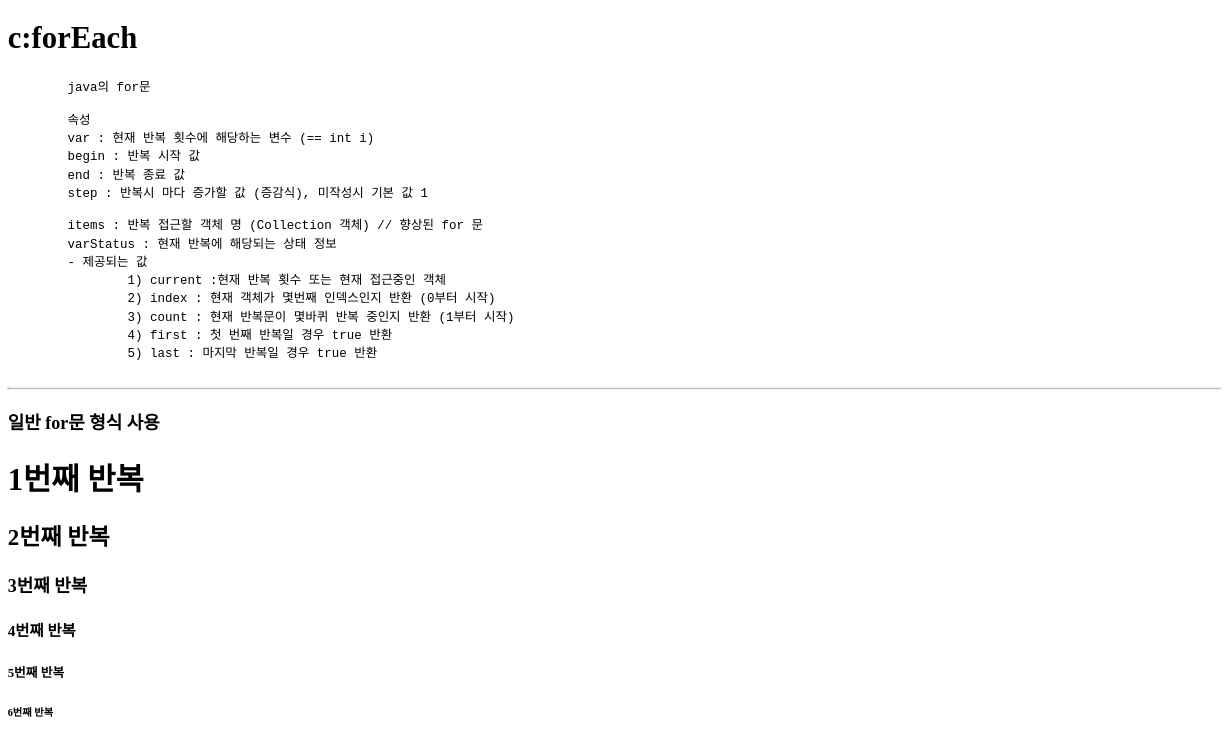
Repository: Seenee-Shin/servlet-jsp
Page: http://localhost/JSPProject/06_JSTL_2.jsp
An editor plug-in stored every save of this project. The page is shown before and after the next save, followed by the edit.
The browser window is 1280 px wide. The pictures show the whole page, at 96% of full size.
The page is served by Tomcat 9. Other server files are loaded and not shown.

Above is the page before, as saved 2021-11-30 03:03:19.

### JSPProject/src/main/webapp/06_JSTL_2.jsp
<%@ page language="java" contentType="text/html; charset=UTF-8" pageEncoding="UTF-8"%>
<%@ taglib prefix="c" uri="http://java.sun.com/jsp/jstl/core"%>
<!DOCTYPE html>
<html lang="ko">
<head>
	<meta charset="UTF-8">
	<meta name="viewport" content="width=device-width, initial-scale=1.0">
	<title>06.JSTL - c:forEach</title>
</head>
<body>
	<h1> c:forEach</h1>
	<pre>
	java의 for문

	속성
	var : 현재 반복 횟수에 해당하는 변수 (== int i)
	begin : 반복 시작 값
	end : 반복 종료 값
	step : 반복시 마다 증가할 값 (증감식), 미작성시 기본 값 1

	items : 반복 접근할 객체 명 (Collection 객체) // 향상된 for 문
	varStatus : 현재 반복에 해당되는 상태 정보
	- 제공되는 값
		1) current :현재 반복 횟수 또는 현재 접근중인 객체
		2) index : 현재 객체가 몇번째 인덱스인지 반환 (0부터 시작)
		3) count : 현재 반복문이 몇바퀴 반복 중인지 반환 (1부터 시작)
		4) first : 첫 번째 반복일 경우 true 반환
		5) last : 마지막 반복일 경우 true 반환
	</pre>

	<hr>
	<h3>일반 for문 형식 사용 </h3>
	<c:forEach var="i" begin="1" end="6" >
	<h${i}>${i}번째 반복</h${i}>
	</c:forEach>

	<table>
		<tbody>
			<c:forEach var="i" begin="1" end="10">
				<tr>

				</tr>
			</c:forEach>
		</tbody>
	</table>

</body>
</html>

After the next save:
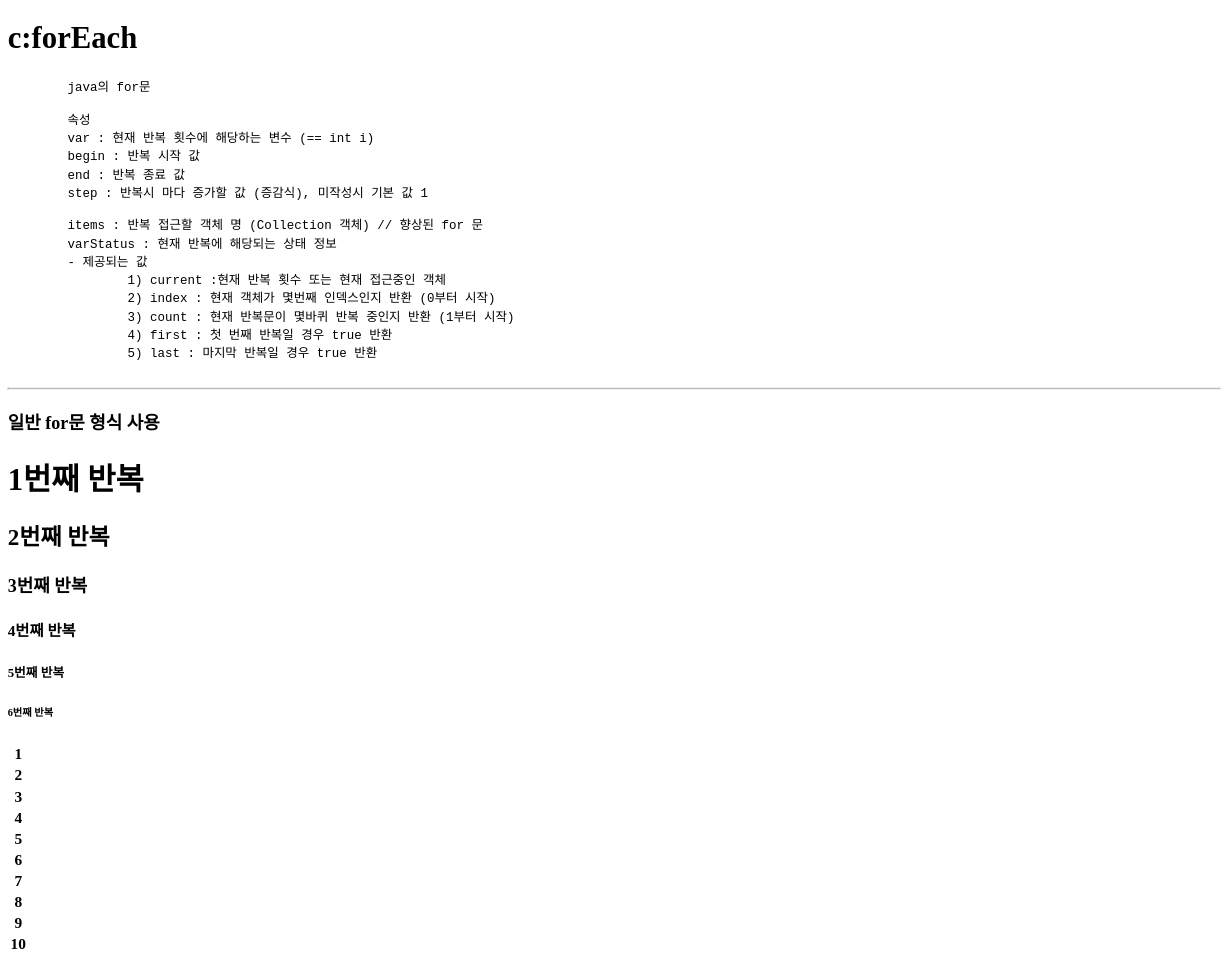
Saved 21 s later.
--- a/JSPProject/src/main/webapp/06_JSTL_2.jsp
+++ b/JSPProject/src/main/webapp/06_JSTL_2.jsp
@@ -38,7 +38,7 @@
 		<tbody>
 			<c:forEach var="i" begin="1" end="10">
 				<tr>
-
+					<th>${i}</th>
 				</tr>
 			</c:forEach>
 		</tbody>
